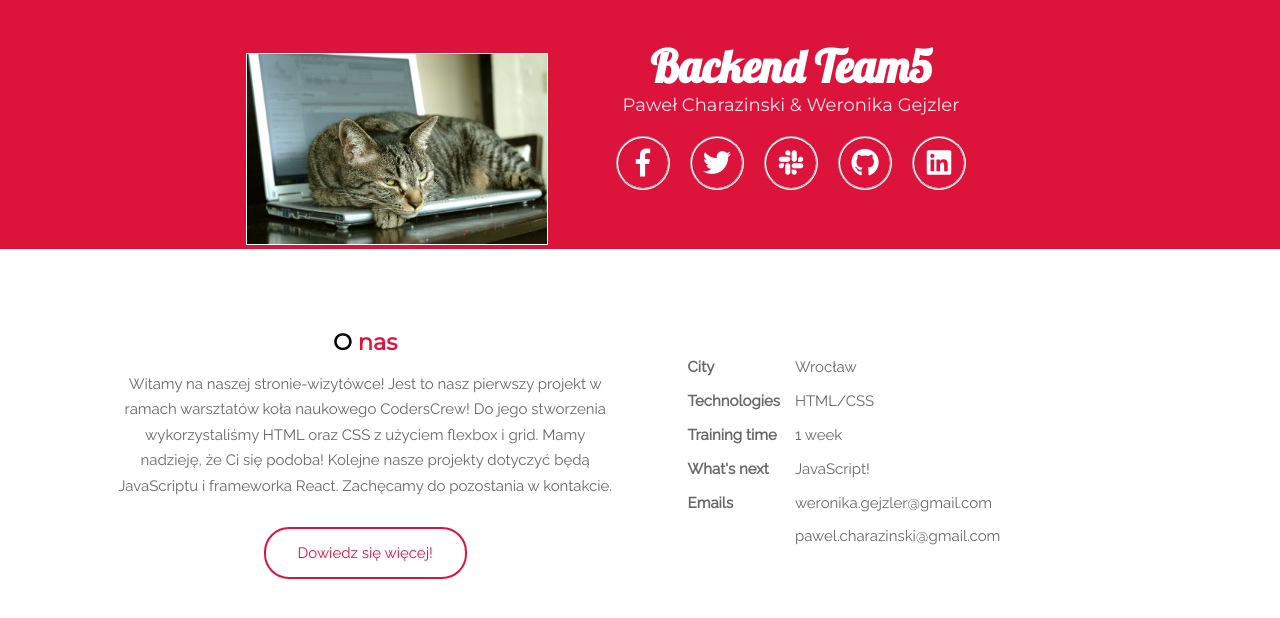
Repository: pietruszka/cc_proj1
Page: index.html
An editor plug-in stored every save of this project. The page is shown before and after the next save, followed by the edit.
The browser window is 1280 px wide. The pictures show the whole page.
Some web libraries are served in a nearby version.

Above is the page before, as saved 2018-11-18 20:51:09.

After the next save:
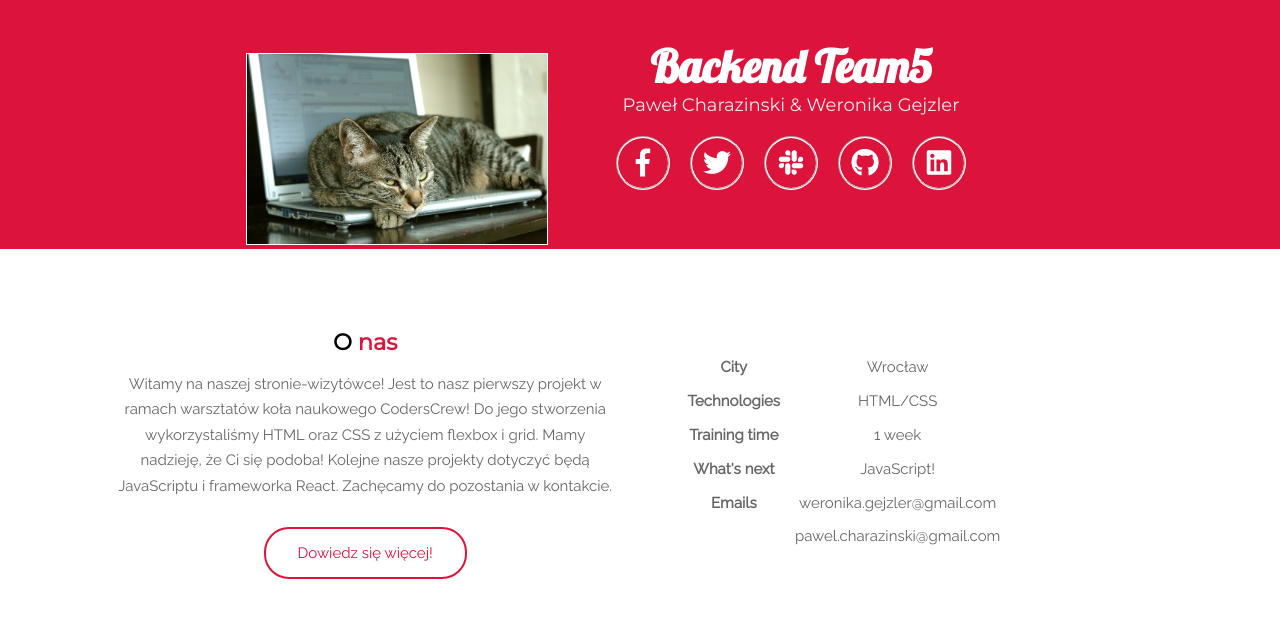
Saved 4 s later.
--- a/style.css
+++ b/style.css
@@ -169,5 +169,5 @@
 }
 .table{
     padding: 0.5vw;
-    tex
+    text-align: center;
 }

After the save that followed:
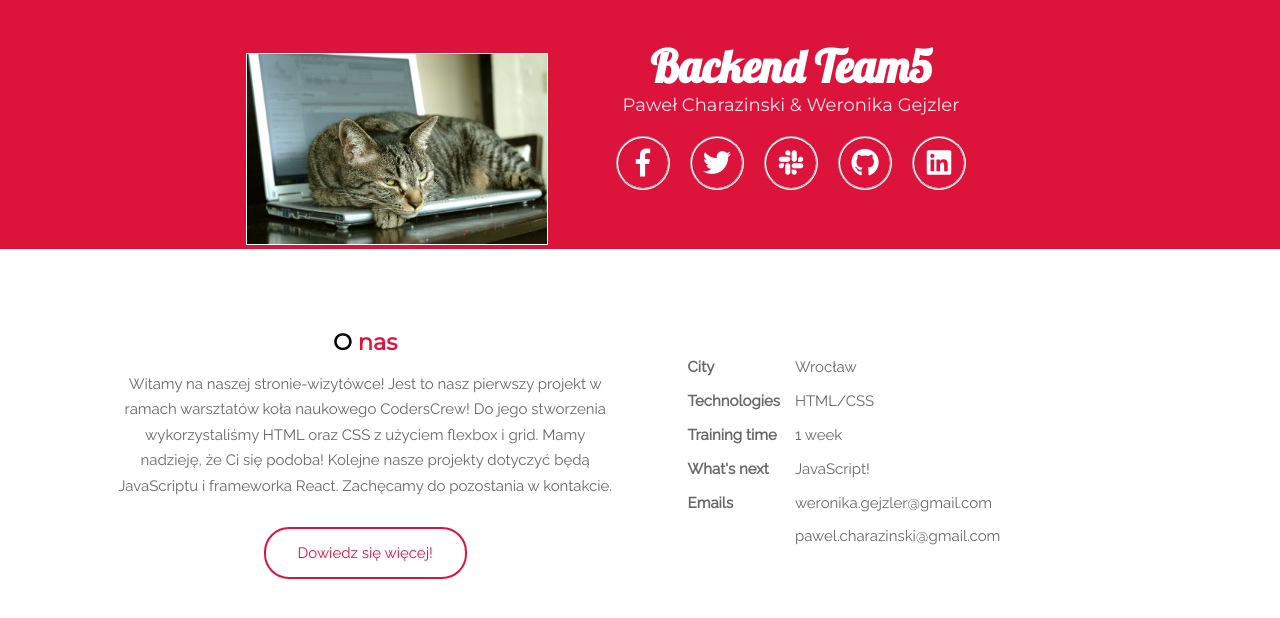
Saved 28 s later.
--- a/style.css
+++ b/style.css
@@ -169,5 +169,5 @@
 }
 .table{
     padding: 0.5vw;
-    text-align: center;
+
 }
